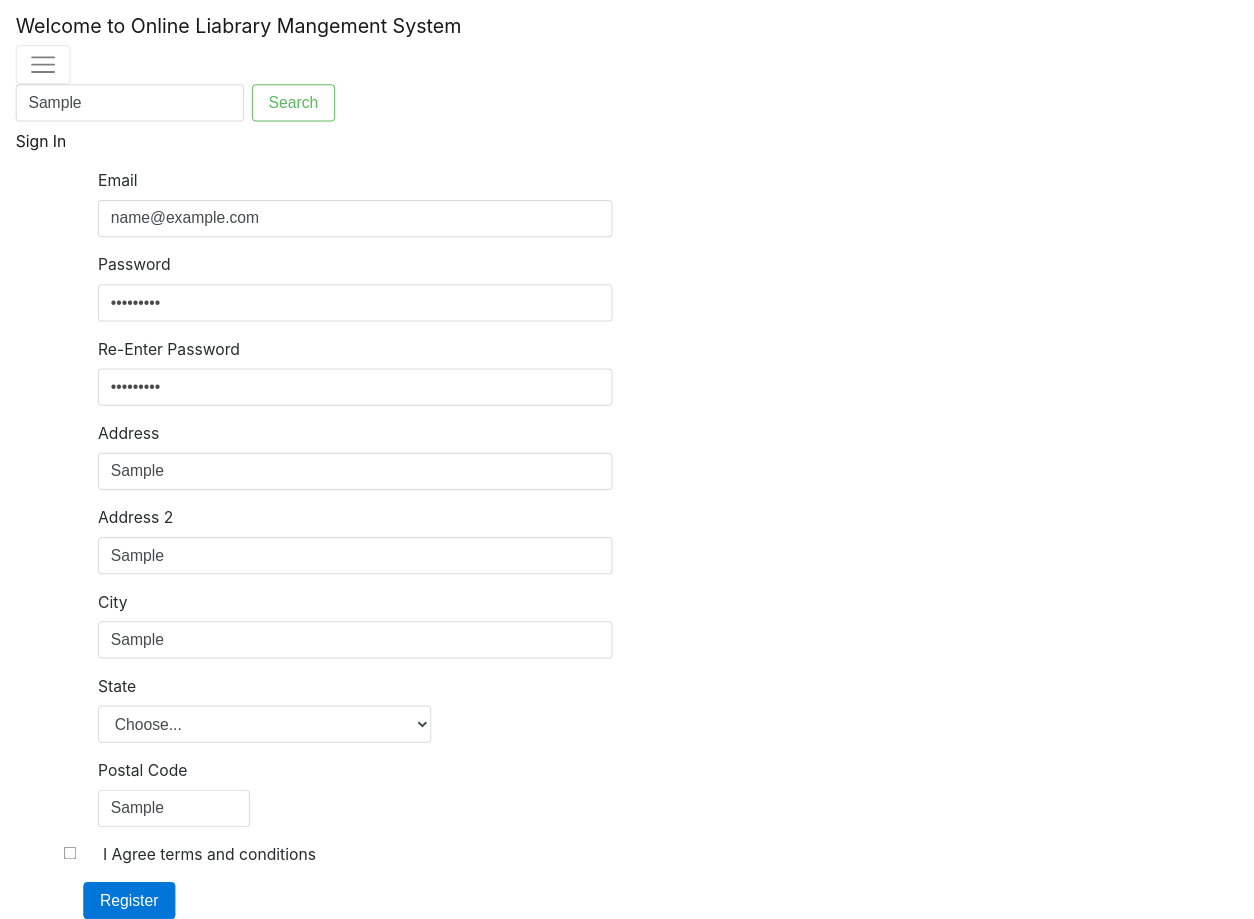
Repository: hakuna16/jdbcWorkingExampleUsingHTML
Page: http://localhost/ProjectForTest/registration.html
The author's editor kept a copy of each file at every save. The page is drawn from the files as they stood at one save, then again after the next save.
The browser window is 1280 px wide. The pictures show the whole page, at 98% of full size.
Empty fields were first filled with sample values (such as "Sample", 5 or name@example.com).
After loading, the first visible `#inputPassword4` was changed once.
Some web libraries are served in a nearby version. The page is served by Tomcat 9. Other server files are loaded and not shown.

Above is the page before, as saved 2018-01-19 11:20:10.
Console error (its wording comes from the project's code and is left out).

### ProjectForTest/WebContent/registration.html
<!DOCTYPE html>
<html>
<head>
<meta charset="ISO-8859-1">
<title>Liabrary Management System</title>
<link rel="stylesheet"
	href="https://maxcdn.bootstrapcdn.com/bootstrap/4.0.0-beta.3/css/bootstrap.min.css"
	integrity="sha384-Zug+QiDoJOrZ5t4lssLdxGhVrurbmBWopoEl+M6BdEfwnCJZtKxi1KgxUyJq13dy"
	crossorigin="anonymous">

<script src="https://code.jquery.com/jquery-3.2.1.slim.min.js"
	integrity="sha384-KJ3o2DKtIkvYIK3UENzmM7KCkRr/rE9/Qpg6aAZGJwFDMVNA/GpGFF93hXpG5KkN"
	crossorigin="anonymous"></script>
<script
	src="https://cdnjs.cloudflare.com/ajax/libs/popper.js/1.12.9/umd/popper.min.js"
	integrity="sha384-ApNbgh9B+Y1QKtv3Rn7W3mgPxhU9K/ScQsAP7hUibX39j7fakFPskvXusvfa0b4Q"
	crossorigin="anonymous"></script>
<script
	src="https://maxcdn.bootstrapcdn.com/bootstrap/4.0.0-beta.3/js/bootstrap.min.js"
	integrity="sha384-a5N7Y/aK3qNeh15eJKGWxsqtnX/wWdSZSKp+81YjTmS15nvnvxKHuzaWwXHDli+4"
	crossorigin="anonymous"></script>
</head>
<body>
	<header>
		<nav class="navbar navbar-expand-lg navbar-light bg-light">
			<a class="navbar-brand" href="/ProjectForTest/index.html">Welcome
				to Online Liabrary Mangement System</a>
			<button class="navbar-toggler" type="button" data-toggle="collapse"
				data-target="#navbarNav" aria-controls="navbarNav"
				aria-expanded="false" aria-label="Toggle navigation">
				<span class="navbar-toggler-icon"></span>
			</button>
			<div class="collapse navbar-collapse" id="navbarNav">
				<ul class="navbar-nav">
					<li class="nav-item active"><a class="nav-link"
						href="/ProjectForTest/index.html"> Home <span class="sr-only">(current)</span></a>
					</li>
					<li class="nav-item"><a class="nav-link"
						href="/ProjectForTest/login.html"">Login</a></li>
					<li class="nav-item"><a class="nav-link"
						href="/ProjectForTest/registration.html"">Register</a></li>
				</ul>
			</div>
			<form class="form-inline my-2 my-lg-0">
				<input class="form-control mr-sm-2" type="search"
					placeholder="Search">
				<button class="btn btn-outline-success my-2 my-sm-0" type="submit">Search</button>
			</form>
			<ul class="navbar-nav">
				<li class="nav-item active"><a class="nav-link"
					href="/ProjectForTest/index.html"> Sign In <span
						class="sr-only">(current)</span></a></li>
			</ul>
		</nav>

	</header>
	<div class="container">
		<form method="POST" action="Registration" id="regestrationForm">
			<div class="form-group">
				<div class="form-group col-md-6">
					<label for="inputEmail4">Email</label> <input type="email"
						class="form-control" id="inputEmail4" placeholder="Email" name="email">
				</div>
				<div class="form-group col-md-6">
					<label for="inputPassword4">Password</label> <input type="password"
						class="form-control" id="inputPassword4" placeholder="Password" name="password1" onkeyup="passwordChecker()">
				</div>
				<div class="form-group col-md-6">
					<label for="inputPassword4">Re-Enter Password</label> <input
						type="password" class="form-control" id="inputPassword4-2"
						placeholder="Password" name="password2" onkeyup="passwordChecker()">
						<span id='message'></span>
				</div>
			</div>
			<div class="form-group col-md-6">
				<label for="inputAddress">Address</label> <input type="text"
					class="form-control" id="inputAddress" placeholder="1234 Main St" name="address1">
			</div>
			<div class="form-group col-md-6">
				<label for="inputAddress2">Address 2</label> <input type="text"
					class="form-control" id="inputAddress2"
					placeholder="Apartment, studio, or floor" name="address2">
			</div>
			<div class="form-group">
				<div class="form-group col-md-6">
					<label for="inputCity">City</label> <input type="text"
						class="form-control" id="inputCity" name="city">
				</div>
				<div class="form-group col-md-4">
					<label for="inputState">State</label> <select id="inputState"
						class="form-control" name="state">
						<option selected>Choose...</option>
						<option value="Andaman and Nicobar Islands">Andaman and
							Nicobar Islands</option>
						<option value="Andhra Pradesh">Andhra Pradesh</option>
						<option value="Arunachal Pradesh">Arunachal Pradesh</option>
						<option value="Assam">Assam</option>
						<option value="Bihar">Bihar</option>
						<option value="Chandigarh">Chandigarh</option>
						<option value="Chhattisgarh">Chhattisgarh</option>
						<option value="Dadra and Nagar Haveli">Dadra and Nagar Haveli</option>
						<option value="Daman and Diu">Daman and Diu</option>
						<option value="Delhi">Delhi</option>
						<option value="Goa">Goa</option>
						<option value="Gujarat">Gujarat</option>
						<option value="Haryana">Haryana</option>
						<option value="Himachal Pradesh">Himachal Pradesh</option>
						<option value="Jammu and Kashmir">Jammu and Kashmir</option>
						<option value="Jharkhand">Jharkhand</option>
						<option value="Karnataka">Karnataka</option>
						<option value="Kerala">Kerala</option>
						<option value="Lakshadweep">Lakshadweep</option>
						<option value="Madhya Pradesh">Madhya Pradesh</option>
						<option value="Maharashtra">Maharashtra</option>
						<option value="Manipur">Manipur</option>
						<option value="Meghalaya">Meghalaya</option>
						<option value="Mizoram">Mizoram</option>
						<option value="Nagaland">Nagaland</option>
						<option value="Orissa">Orissa</option>
						<option value="Pondicherry">Pondicherry</option>
						<option value="Punjab">Punjab</option>
						<option value="Rajasthan">Rajasthan</option>
						<option value="Sikkim">Sikkim</option>
						<option value="Tamil Nadu">Tamil Nadu</option>
						<option value="Tripura">Tripura</option>
						<option value="Uttaranchal">Uttaranchal</option>
						<option value="Uttar Pradesh">Uttar Pradesh</option>
						<option value="West Bengal">West Bengal</option>
					</select>
				</div>
				<div class="form-group col-md-2">
					<label for="inputZip">Postal Code</label> <input type="text"
						class="form-control" id="inputZip" name="zipcode">
				</div>
			</div>
			<div class="form-group">
				<div class="form-check">
					<input class="form-check-input" type="checkbox" id="gridCheck">
					<label class="form-check-label" for="gridCheck"> I Agree
						terms and conditions </label>
				</div>
			</div>
			<button type="button" class="btn btn-primary" onclick="validation()">Register</button>
		</form>
	</div>
	<script type="text/javascript" src="/ProjectForTest/js/registration.js"></script>
</body>
</html>

### ProjectForTest/WebContent/js/registration.js
function validation(){
	var email = document.getElementById("inputEmail4").value;
	var password = document.getElementById("inputPassword4").value;
	var password2 = document.getElementById("inputPassword4-2").value;
	var password2 = document.getElementById("inputPassword4-2").value;
	var inputAddress = document.getElementById("inputAddress").value;
	var inputAddress2 = document.getElementById("inputAddress2").value;
	var inputCity = document.getElementById("inputCity").value;
	var inputState = document.getElementById("inputState").value;
	var inputZip = document.getElementById("inputZip").value;
	var gridCheck = document.getElementById("gridCheck").value;

	if(email === ""){
		alert("please enter Email")
		return false;
	}else if(password === ""){
		alert("please enter password")
		return false;
	}else if(password2 === ""){
		alert("please enter password2")
		return false;
	}else if(inputAddress === ""){
		alert("please enter password")
		return false;
	}else if(inputAddress2 === ""){
		alert("please enter password")
		return false;
	}else if(inputCity === ""){
		alert("please enter password")
		return false;
	}else if(inputState === ""){
		alert("please enter password")
		return false;
	}else if(inputZip === ""){
		alert("please enter password")
		return false;
	}else if(gridCheck === ""){
		alert("please enter password")
		return false;
	}else if(email != "" && password != "" && password2 != "" && inputAddress != "" && inputAddress2 != "" && inputCity != "" && inputState != "" && inputZip != "" && gridCheck != ""){
		document.getElementById("regestrationForm").submit();
	}

}

function passwordChecker(){

	var password = document.getElementById("inputPassword4").value;
	var password2 = document.getElementById("inputPassword4-2").value;

	if(password !== password2){
		alert("please enter the password same");
	}else{
		console.log("password match");
	}
}

After the next save:
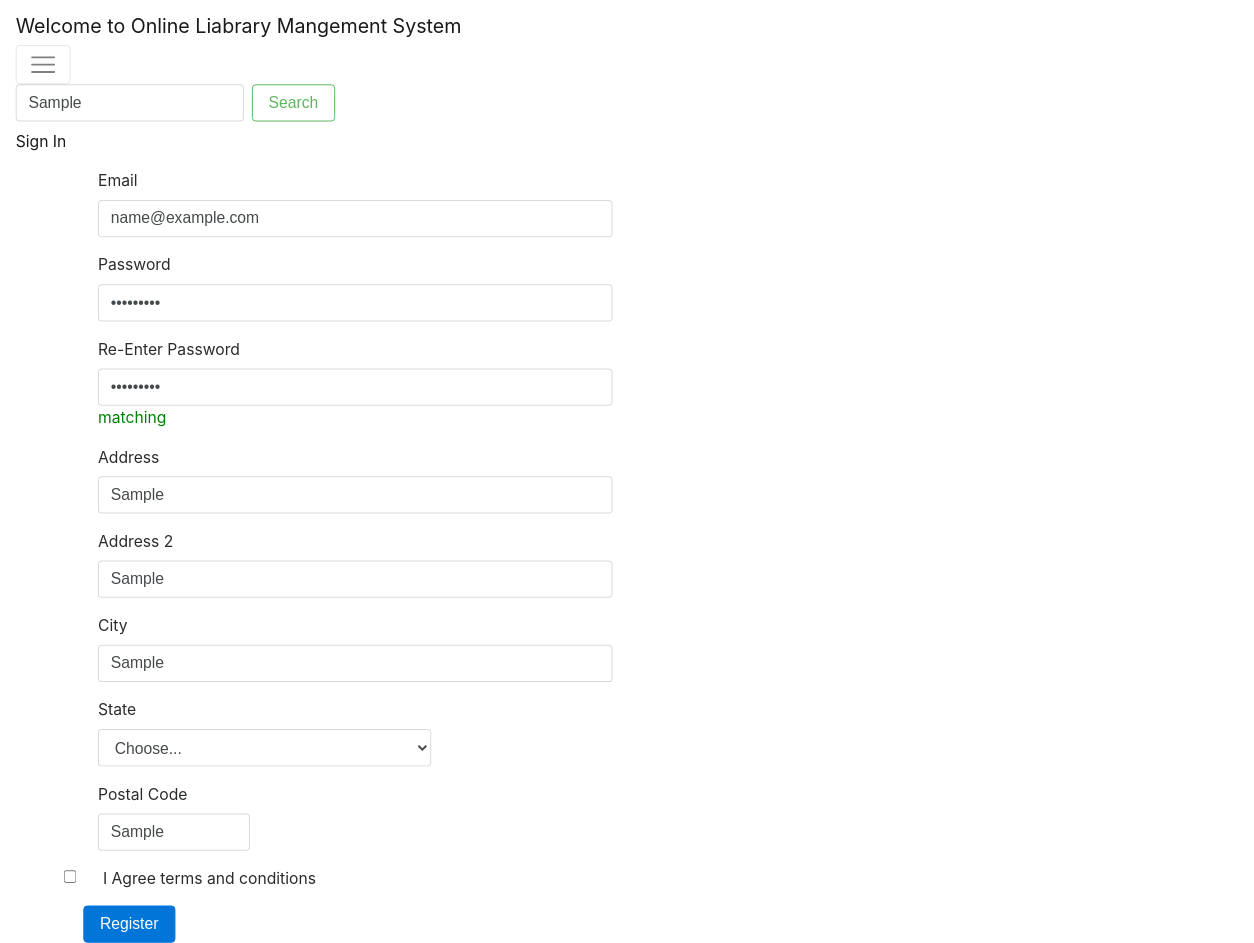
Saved 61 s later.
--- a/ProjectForTest/WebContent/js/registration.js
+++ b/ProjectForTest/WebContent/js/registration.js
@@ -49,8 +49,10 @@ function passwordChecker(){
 	var password2 = document.getElementById("inputPassword4-2").value;
 
 	if(password !== password2){
-		alert("please enter the password same");
+		document.getElementById('message').style.color = 'green';
+	    document.getElementById('message').innerHTML = 'matching';
 	}else{
-		console.log("password match");
+		document.getElementById('message').style.color = 'red';
+	    document.getElementById('message').innerHTML = 'not matching';
 	}
 }
